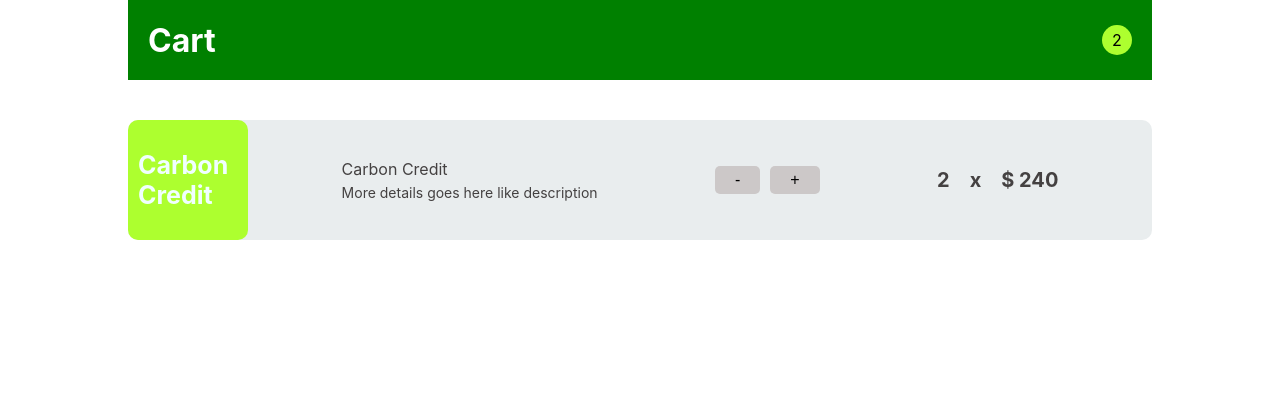
Repository: Yowani24/CarbonApp
Page: /cart
The author's editor kept a copy of each file at every save. The page is drawn from the files as they stood at one save, then again after the next save.
The browser window is 1280 px wide. The pictures show the whole page.
The project was rebuilt for these pictures with package versions that can differ from the ones it lists, and the page was loaded fresh each time. The framework's server and built-in components were replaced by stand-ins that run in the browser. Also part of the build but not shown: next.config.js.

Above is the page before, as saved 2021-09-26 21:00:53.

After the next save:
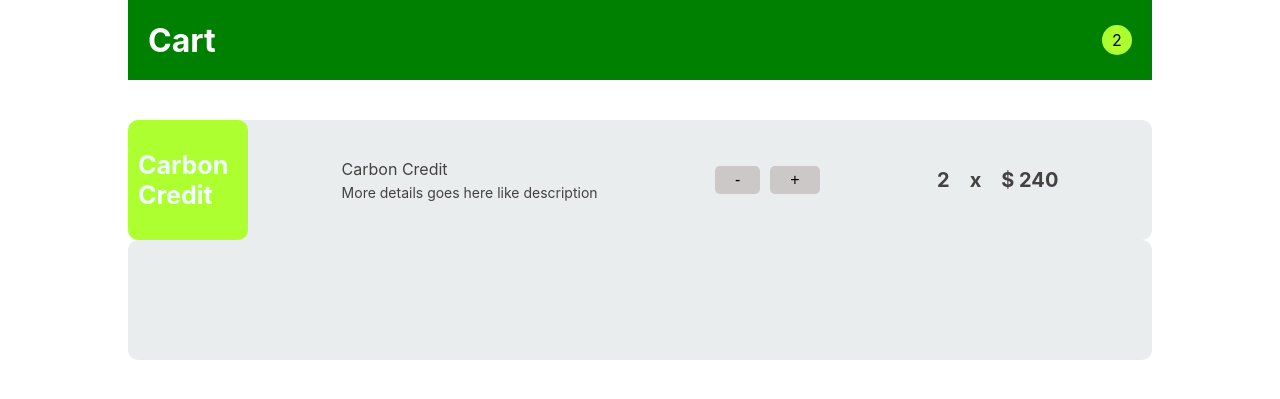
Saved 68 s later.
--- a/pages/cart/Cart.module.css
+++ b/pages/cart/Cart.module.css
@@ -82,3 +82,13 @@
 .current_money span{
     padding: 0 20px;
 }
+
+.total_to_pay_box{
+    width: 100%;
+    height: 120px;
+    background:rgb(233, 237, 238);
+    border-radius: 10px;
+
+    display: flex;
+    align-items:center;
+}
